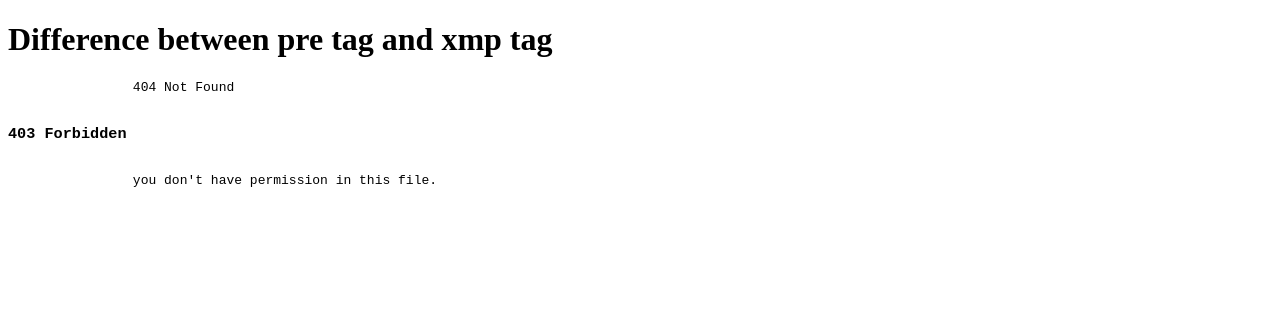
Repository: JeongHyeongKim/practice_myself
Page: Si_basic/WebProject/setp01_HTMLCS/WebContent/HTML/ex01_pre_xmp.html
These files come from the project's save history. The page is drawn as it stood at one moment and after the next save; the edit follows.
The browser window is 1280 px wide. The pictures show the whole page.

Above is the page before, as saved 2019-04-22 02:34:28.

After the next save:
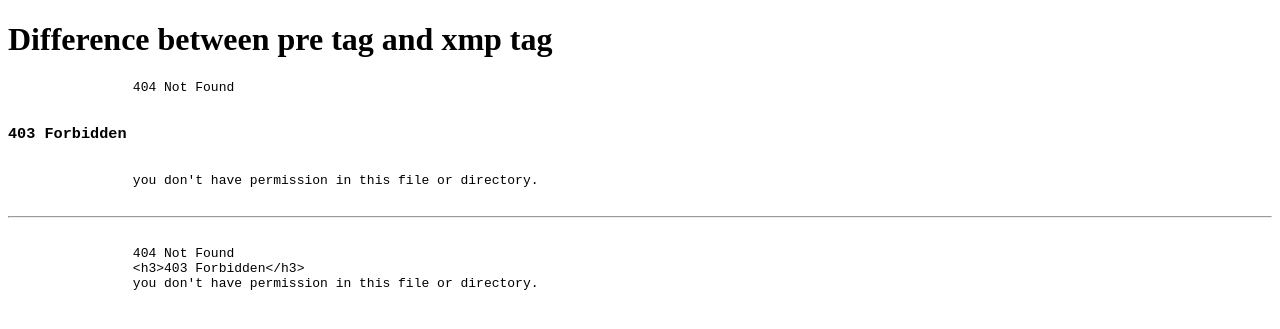
Saved 3 min 51 s later.
--- a/Si_basic/WebProject/setp01_HTMLCS/WebContent/HTML/ex01_pre_xmp.html
+++ b/Si_basic/WebProject/setp01_HTMLCS/WebContent/HTML/ex01_pre_xmp.html
@@ -19,8 +19,15 @@
 	<pre>
 		404 Not Found
 		<h3>403 Forbidden</h3>
-		you don't have permission in this file.
+		you don't have permission in this file or directory.
 	</pre>
+
+	<hr>
+	<xmp>
+		404 Not Found
+		<h3>403 Forbidden</h3>
+		you don't have permission in this file or directory.
+	</xmp>
 
 </body>
 </html>
